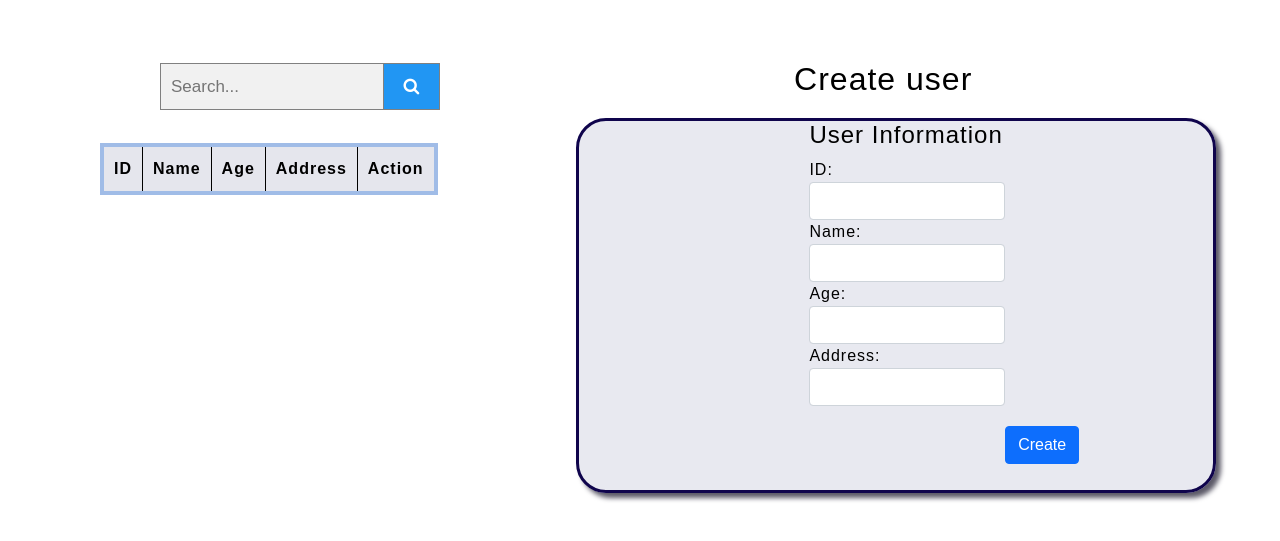
Repository: minhtuan16/JS-Basic
Page: CRUD-Department/user.html
These files come from the project's save history. The page is drawn as it stood at one moment and after the next save; the edit follows.
The browser window is 1280 px wide. The pictures show the whole page.

Above is the page before, as saved 2022-06-08 23:43:38.

### CRUD-Department/user.html
<!DOCTYPE html>
<html lang="en">
<head>
    <meta charset="UTF-8">
    <meta http-equiv="X-UA-Compatible" content="IE=edge">
    <meta name="viewport" content="width=device-width, initial-scale=1.0">
    <link rel="stylesheet" href="https://cdnjs.cloudflare.com/ajax/libs/font-awesome/4.7.0/css/font-awesome.min.css">
    <link href="https://cdn.jsdelivr.net/npm/bootstrap@5.1.3/dist/css/bootstrap.min.css" rel="stylesheet" integrity="sha384-1BmE4kWBq78iYhFldvKuhfTAU6auU8tT94WrHftjDbrCEXSU1oBoqyl2QvZ6jIW3" crossorigin="anonymous">
    <link rel="stylesheet" href="styles/style.css">
    <link rel="stylesheet" href="styles/search.css">
    <title>User</title>
</head>
<body>

    <h2>Create user</h2>
    <!--create a form with the following fiels,email, password, first name, last name, age, address, phone, payment, color-->


    <form id="registerForm" class="container">
        <h4>User Information</h4>
        <div class="control">
            <label>ID:</label>
            <input class="form-control" id="id" type="text" value="" />
        </div>

        <div class="control">
            <label>Name:</label>
            <input class="form-control" id="name" type="text" value="" />
        </div>
        <div class="control">
            <label>Age:</label>
            <input class="form-control" id="age" type="text" value="" />
        </div>
        <div class="control">
            <label>Address:</label>
            <input class="form-control" id="address" type="text" value="" />
        </div>

        <button type="submit" class="btn btn-primary" id="btnSave" onclick="create()">Create</button>

        <button type="button" class="btn btn-primary" id="btnUpdate" onclick="update()" style="display: none;">Save</button>
    </form>

    <div class="search-container">
        <form >
            <input type="text" placeholder="Search..." name="search">
            <button type="button"><i class="fa fa-search"></i></button>
        </form>
    </div>

    <table border="1px">

        <tr>
            <td>ID</td>
            <td>Name</td>
            <td>Age</td>
            <td>Address</td>
            <td>Action</td>
        </tr>

        <tbody id="tableBody">

        </tbody>
    </table>
    <!-- <script src="scripts/user.js"></script> -->
    <script>
        var data = [
            {id:1, name:"P1", age: 18, address: "hn"},
            {id:2, name:"P2", age: 20, address: "hn"},
            {id:3, name:"P3", age: 22, address: "hn"}
        ]

        function drawTr(person) {
            var tr = document.createElement("tr");
            var tdId = document.createElement("td");
            var tdName = document.createElement("td");
            var tdAge = document.createElement("td");
            var tdAddress = document.createElement("td");
            var tdOption = document.createElement("td");

            var delBtn = document.createElement("button");
            var editBtn = document.createElement("button");

            delBtn.innerText = 'Delete';
            editBtn.innerText = 'Edit';

            //bat su kien
            delBtn.onclick = function() {
                deletePerson(person.id);
            }

            editBtn.onclick = function() {
                editPerson(person.id);
            }

            // dung ham nay de bat su kien cung duoc
            // delBtn.addEventListener("click", function() {
            //     deletePerson(person.id);
            // })

            tdOption.appendChild(delBtn); //appendChild la nhet them nut delete vao trong cot
            tdOption.appendChild(editBtn);

            tdId.innerHTML = person.id;
            tdName.innerHTML = person.name;
            tdAge.innerHTML = person.age;
            tdAddress.innerHTML = person.address;

            tr.appendChild(tdId);
            tr.appendChild(tdName);
            tr.appendChild(tdAge);
            tr.appendChild(tdAddress);
            tr.appendChild(tdOption);

            var tableBody = document.getElementById("tableBody");
            tableBody.appendChild(tr);
        }

        function resetDrawTable(persons) {

            var tableBody = document.getElementById("tableBody");
            tableBody.innerHTML = "";

            for(var i = 0; i < persons.length; i++) {
                drawTr(persons[i]);
            }
        }

        //goi ham in ra toan bo mang
        // resetDrawTable(data);

        // doc du lieu tu form ben tren
        function create() {

            var idInput = document.getElementById("id");
            var nameInput = document.getElementById("name");
            var ageInput = document.getElementById("age");
            var addressInput = document.getElementById("address");
            // var saveInput = document.getElementById("saveBtn");

            var id = idInput.value;
            var name = nameInput.value;
            var age = ageInput.value;
            var address = addressInput.value;

            var p = {id: id, name: name, age: age, address: address};

            data.push(p);
            // var data1 = [];
            // data1.push(p);

            resetDrawTable(data);
        }

        function deletePerson(id) {
            // let index = data1.findIndex(p => p.id == id); // loc duoc id
            // data1.splice(index, 1);

            // loc ra person co id khac id muon xoa
            var newData = data.filter(p => p.id != id);

            data = newData;
            resetDrawTable(data)

        }

        function editPerson(id) {

            // tim person co id
            // cach 1
            // var newData = data.filter(x => x.id == id)

            // data = newData

            // resetDrawTable(data)

            // cach 2
            var index = data.findIndex(x => x.id == id);
            let person = data[index];
            console.log(person)
            //day du lieu len form
            var idInput = document.getElementById("id");
            var nameInput = document.getElementById("name");
            var ageInput = document.getElementById("age");
            var addressInput = document.getElementById("address");

            idInput.value = person.id
            nameInput.value = person.name
            ageInput.value = person.age;
            addressInput.value = person.address;

            document.getElementById("btnUpdate").style.display= 'block';
            document.getElementById("btnSave").style.display= 'none';
        }

        function update() {

            var idInput = document.getElementById("id");
            var nameInput = document.getElementById("name");
            var ageInput = document.getElementById("age");
            var addressInput = document.getElementById("address");
            // var saveInput = document.getElementById("saveBtn");

            var id = idInput.value;
            var name = nameInput.value;
            var age = ageInput.value;
            var address = addressInput.value;

            // xoa thang cu di
            // var newData = data.filter(p => p.id != id);
            // newData.push({id: id, name: name});
            // data = newData
            var index = data.findIndex(x => x.id == id);
            data[index] = {id, name}

            // luu lai thang moi

            // var data1 = [];
            // data1.push(p);

            resetDrawTable(data);

            document.getElementById("btnUpdate").style.display= 'none';
            document.getElementById("btnSave").style.display= 'block';
        }
    </script>
</body>
</html>

### CRUD-Department/styles/style.css
/* Global */
.control{
    width: 50%;
}
.error{
    border: 2px solid red;
}
html{
    font-family: Verdana, Geneva, Tahoma, sans-serif;
    letter-spacing: 1px;
}
h2{
    text-align: center;
}
body{
    /* background-color: #141E61; */
    color: #000000;
}
/* Nav */
a {
    display: inline-block;
    text-decoration: none;
    color: black;
    padding: 5px;
    background-color: #9498a3;
    vertical-align: middle;
    -webkit-transform: perspective(1px) translateZ(0);
    transform: perspective(1px) translateZ(0);
    box-shadow: 0 0 1px rgba(0, 0, 0, 0);
    position: relative;
}

a:before {
    content: '';
    position: absolute;
    border: #e1e1e1 solid 4px;
    top: 0;
    right: 0;
    bottom: 0;
    left: 0;
    -webkit-transition-duration: 0.3s;
    transition-duration: 0.3s;
    -webkit-transition-property: top, right, bottom, left;
    transition-property: top, right, bottom, left;
}

a:hover:before,
a:focus:before,
.a:active:before {
    top: -8px;
    right: -8px;
    bottom: -8px;
    left: -8px;
}

/* Index */
#sign-in {
    border: #0F044C solid 3px;
    background-color: #1225ee34;
    box-shadow: 5px 5px 5px #0F044C;
    padding-left: 20%;
    padding-bottom: 20%;
    width: 20rem;
    margin-left: 20%;
    border-radius: 30px;
}

/* Register */
.nav-btn {
    margin-left: 20px;
    margin-top: 20px
}

h2 {
    margin-left: 38%;
    margin-top: 60px;
}

#registerForm {
    border: #0F044C solid 3px;
    background-color: #8f92b434;
    box-shadow: 5px 5px 5px #5c5a68;
    padding-left: 18%;
    padding-bottom: 2%;
    width: 50%;
    margin-left: 45%;
    border-radius: 30px;
    margin-top: 20px;
}

#btnSave {
    margin-left: 50%;
    margin-top: 20px;
}

#btnUpdate {
    margin-left: 50%;
    margin-top: 20px;
}

/* Users */
table {
    border: #a0bce7 4px solid;
    background-color: #8184a734;
    margin-top: -350px;
    margin-left: 100px;
}

/* h1 {
    margin-top: -450px;
} */
table form input {
    margin-left: 100px;
}

table td {
    border: #000000 1px solid;
    text-align: center;
    font-weight: 900;
    padding: 10px;
}

td {
    font-weight: 100;
    border: #e1e1e1 solid 1px;
    padding: 5px;
}

### CRUD-Department/styles/search.css
* {box-sizing: border-box;}

body {
  margin: 0;
  font-family: Arial, Helvetica, sans-serif;
}

.search-container {
    float: left;
}
.search-container input[type=text] {
    padding: 10px;
    font-size: 17px;
    border: 1px solid grey;
    float: left;
    width: 80%;
    background: #f1f1f1;
}

.search-container button {
    float: left;
    width: 20%;
    padding: 10px;
    background: #2196F3;
    color: white;
    font-size: 17px;
    border: 1px solid grey;
    border-left: none;
    cursor: pointer;
}

.topnav .search-container button:hover {
  background: #ccc;
}

@media screen and (max-width: 600px) {
  .topnav .search-container {
    float: none;
  }
  .topnav a, .topnav input[type=text], .topnav .search-container button {
    float: none;
    display: block;
    text-align: left;
    width: 100%;
    margin: 0;
    padding: 14px;
  }
  .topnav input[type=text] {
    border: 1px solid #ccc;
  }
}

.search-container {
    margin-left: 160px;
    margin-top: -430px;
}

After the next save:
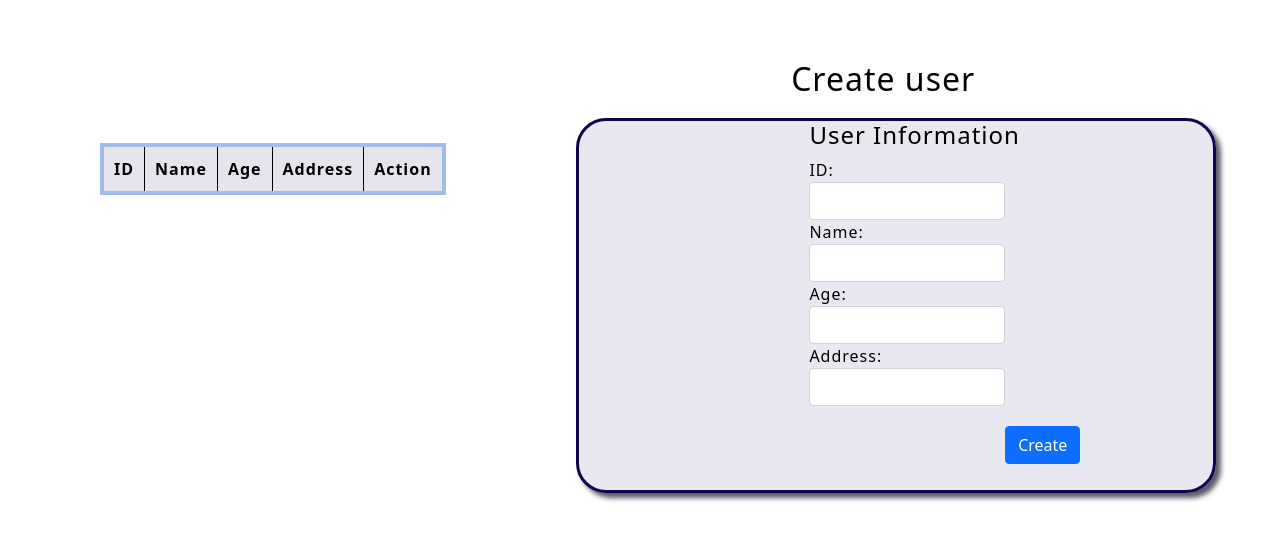
Saved 46 s later.
--- a/CRUD-Department/user.html
+++ b/CRUD-Department/user.html
@@ -7,7 +7,7 @@
     <link rel="stylesheet" href="https://cdnjs.cloudflare.com/ajax/libs/font-awesome/4.7.0/css/font-awesome.min.css">
     <link href="https://cdn.jsdelivr.net/npm/bootstrap@5.1.3/dist/css/bootstrap.min.css" rel="stylesheet" integrity="sha384-1BmE4kWBq78iYhFldvKuhfTAU6auU8tT94WrHftjDbrCEXSU1oBoqyl2QvZ6jIW3" crossorigin="anonymous">
     <link rel="stylesheet" href="styles/style.css">
-    <link rel="stylesheet" href="styles/search.css">
+    <!-- <link rel="stylesheet" href="styles/search.css"> -->
     <title>User</title>
 </head>
 <body>
@@ -41,12 +41,12 @@
         <button type="button" class="btn btn-primary" id="btnUpdate" onclick="update()" style="display: none;">Save</button>
     </form>
 
-    <div class="search-container">
+    <!-- <div class="search-container">
         <form >
             <input type="text" placeholder="Search..." name="search">
             <button type="button"><i class="fa fa-search"></i></button>
         </form>
-    </div>
+    </div> -->
 
     <table border="1px">
 
